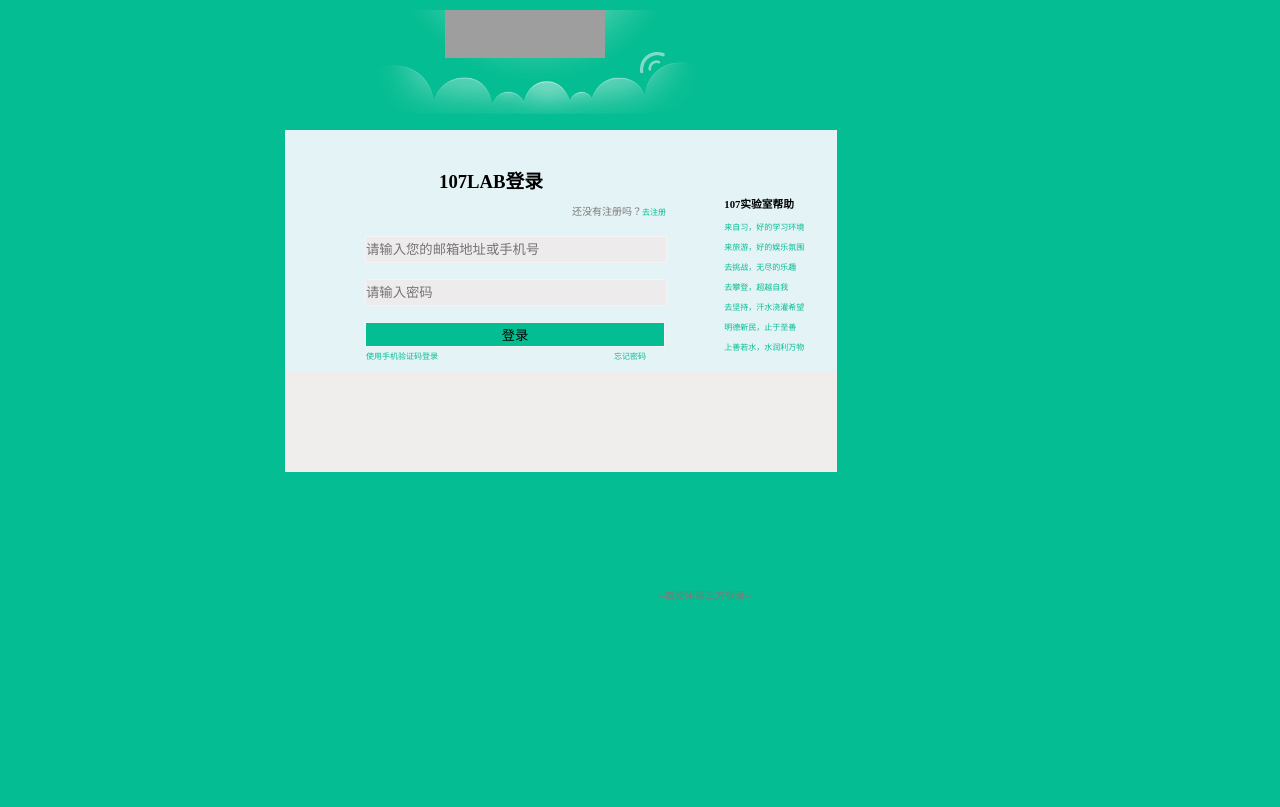
Repository: zz-yy/2023_homework
Page: 第一次考核作业/mazehua/index.html
The author's editor kept a copy of each file at every save. The page is drawn from the files as they stood at one save, then again after the next save.
The browser window is 1280 px wide. The pictures show the whole page.
Pictures or frames that could not be fetched are drawn as grey boxes.

Above is the page before, as saved 2024-04-05 15:03:56.

### 第一次考核作业/mazehua/index.html
<!DOCTYPE html>
<html lang="en">

<head>
    <meta charset="UTF-8">
    <meta http-equiv="X-UA-Compatible" content="IE=edge">
    <meta name="viewport" content="width=device-width, initial-scale=1.0">
    <title>107LAB登录</title>
    <!--引入css样式表-->
    <link rel="stylesheet" href="index.css">
    <!--引入图标样式-->
    <link rel="stylesheet" href="./iconfont.css">

</head>

<body>

    <div class="logbj">
        <div class="logo"><img src="./images/logo.png"></div><br>
    </div>

    <div class="login">
        <ul class="left">
            <li>

                    <h3>107LAB登录</h3>
                    <span class="tishi">还没有注册吗？<a href="#">去注册</a></span>



                <form action="#">
                    <input type="text" placeholder="请输入您的邮箱地址或手机号" name="text"><br>
                    <input type="password" placeholder="请输入密码" name="psd"><br>
                    <input class="sub" type="submit" value="登录">
                </form>
                <div class="forget"><span class="L"><a href="#">使用手机验证码登录</a> </span> <span class="R"><a
                            href="#">忘记密码</a></span></div>
            </li>
        </ul>
        <ul class="right">
            <li>
                <h6>107实验室帮助</h6>
            </li>
            <li> <a href="#">来自习，好的学习环境</a></li>
            <li> <a href="#">来旅游，好的娱乐氛围</a></li>
            <li><a href="#">去挑战，无尽的乐趣</a></li>
            <li><a href="#">去攀登，超越自我</a></li>
            <li><a href="#">去坚持，汗水浇灌希望</a></li>
            <li><a href="#">明德新民，止于至善</a></li>
            <li><a href="#">上善若水，水润利万物</a></li>
        </ul>


    </div>
    <div class="third">
        <ul class="third-left">
            <li><span>--或使用第三方登录--</span></li>
            <li></li>
        </ul>
        <ul class="third-right"></ul>
    </div>

</body>

</html>

### 第一次考核作业/mazehua/index.css
* {
    margin: 0px;
    padding: 0px;
    user-select: none;
}

body {

    background: rgb(5, 189, 146);
    float: left;

}

.logbj {
    background-image: url(/images/bg_reg_wave.png);
    background-repeat: no-repeat;
    background-size: 500px;

    width: 550px;
    height: 100px;
    margin: 10px 50%;

    padding: 10px 10px;
}

.logo {
    height: 60px;
    width: 200px;
    margin: 10px 120px;

}

.logo img {
    width: 80%;
    height: 80%;
    position: relative;
    left: 30px;
    top: -20px;
}

.login {
    display: flex;
    height: 250px;
    width: 550px;
    margin: -10px 50%;
    padding: 1px;
    background: #e3f3f6;

}

h3 {
    text-align: center;

}

li {
    width: 90px;
    height: 10px;
    list-style: none;
    position: relative;
    margin: 10px;
}

a {
    text-decoration: none;

}

.tishi {
    float: right;
    font-size: 10px;
    color: #7e7979;
    margin: 10px 0px;
}

a {
    font-size: 8px;
    color: rgb(5, 189, 146);
}

.left {
    width: 400px;
    height: 220px;
    margin: 20px 10px;
    float: left;
    padding: 5px 10px;
}

.left li {
    width: 350px;
    height: 200px;
    margin: 10px 10px;
    float: left;
}

form {
    height: 140px;
    width: 330px;
    margin: 10px 40px;
    padding: 1px;


}

input {
    margin: 8px;
    width: 300px;
    height: 25px;
    outline-style: none;
    background: rgb(237, 235, 235);
    border: 1px solid rgb(245, 243, 243);
}

.sub {
    background: rgb(5, 189, 146);
}

.right {
    height: 220px;
    width: 120px;
    float: right;
    padding: 5px;
    margin: 50px 2.5px;
}

.forget {
    width: 280px;
    height: 20px;
    margin: -10px 50px;
}

.L {
    float: left;
}

.R {
    float: right;
}

.third {
    display: flex;
    width: 552px;
    height: 100px;
    background: rgb(240, 237, 237);
    position: relative;
    top: 0px;
    left: 50%;
    font-size: 10px;
    color: #7e7979;
    text-align: center;
}



.third-left {
    width: 400px;
    height: 80px;
    margin: 10px 10px;
    float: left;
    padding: 5px 10px;
}

.third-right {
    height: 80px;
    width: 120px;
    float: right;
    padding: 5px;
    margin: 10px 2.5px;
}
.third-left li{
    width: 400px;
    margin: 50% 50%;

}
.third span {
    text-align: center;
    width: 552px;
    height: 30px;
    padding: 10px;
}

### 第一次考核作业/mazehua/iconfont/iconfont.css
@font-face {
  font-family: "iconfont"; /* Project id  */
  src: url('iconfont.ttf?t=1712408906963') format('truetype');
}

.iconfont {
  font-family: "iconfont" !important;
  font-size: 16px;
  font-style: normal;
  -webkit-font-smoothing: antialiased;
  -moz-osx-font-smoothing: grayscale;
}

.icon-qq:before {
  content: "\e66a";
}

.icon-weixin:before {
  content: "\e633";
}

.icon-zhanghu:before {
  content: "\e62b";
}

.icon-weixin1:before {
  content: "\e64b";
}

.icon-qq-copy:before {
  content: "\e658";
}

.icon-QQ:before {
  content: "\e73e";
}

.icon-GitHub:before {
  content: "\ea0a";
}

.icon-Oracle:before {
  content: "\ea23";
}

.icon-QQ1:before {
  content: "\e882";
}

.icon-zaixianlianxi:before {
  content: "\e6a7";
}

.icon-QQkongjian:before {
  content: "\e666";
}

.icon-QQ2:before {
  content: "\e667";
}

.icon-search:before {
  content: "\e611";
}

.icon-qq1:before {
  content: "\e636";
}

.icon-weixin2:before {
  content: "\e782";
}

.icon-weixin3:before {
  content: "\e607";
}

.icon-QQ3:before {
  content: "\ea94";
}

After the next save:
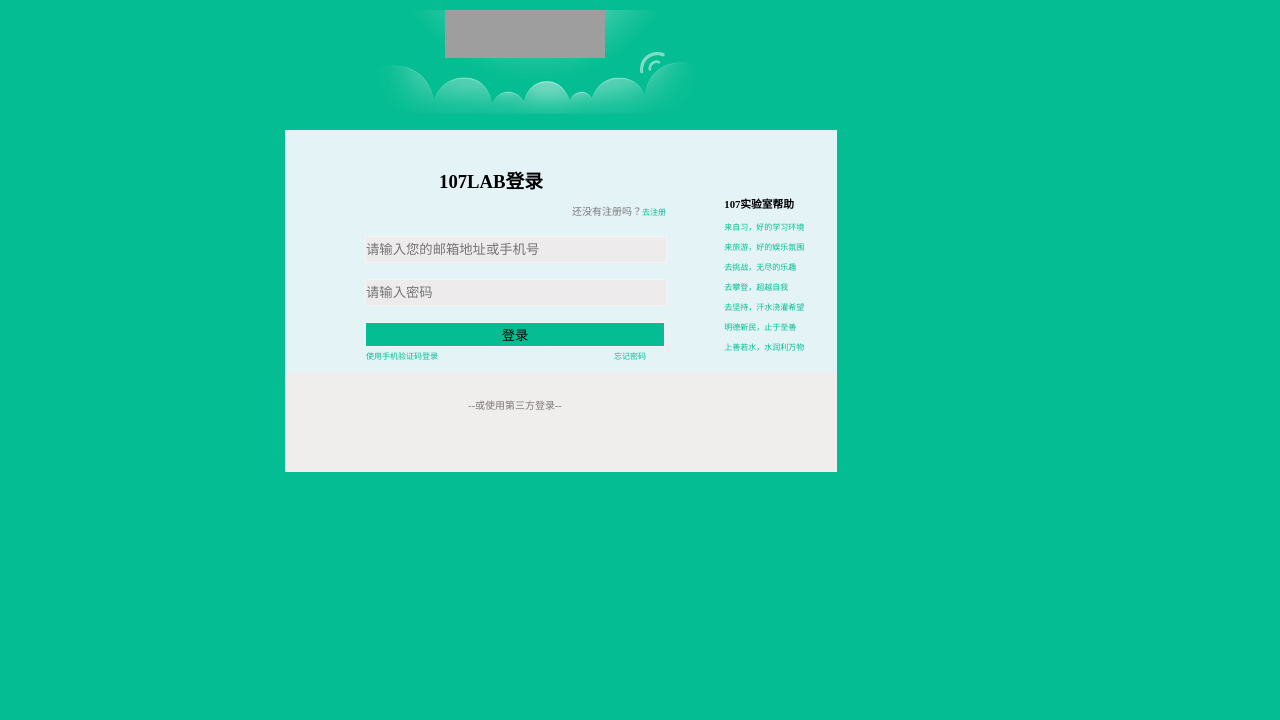
Saved 3 s later.
--- a/第一次考核作业/mazehua/index.css
+++ b/第一次考核作业/mazehua/index.css
@@ -169,6 +169,7 @@
 }
 .third-left li{
     width: 400px;
+    h
     margin: 50% 50%;
 
 }

After the save that followed:
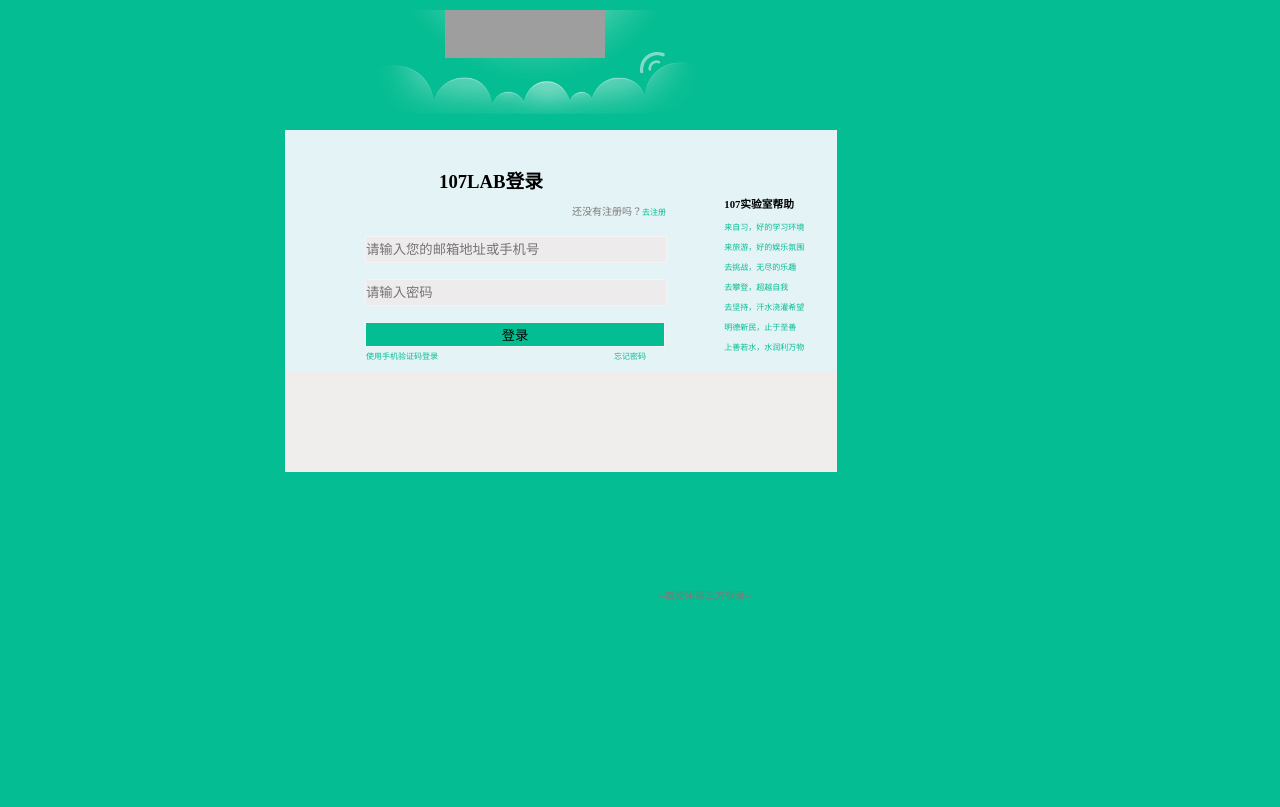
Saved 1 s later.
--- a/第一次考核作业/mazehua/index.css
+++ b/第一次考核作业/mazehua/index.css
@@ -169,7 +169,7 @@
 }
 .third-left li{
     width: 400px;
-    h
+    height: ;
     margin: 50% 50%;
 
 }
